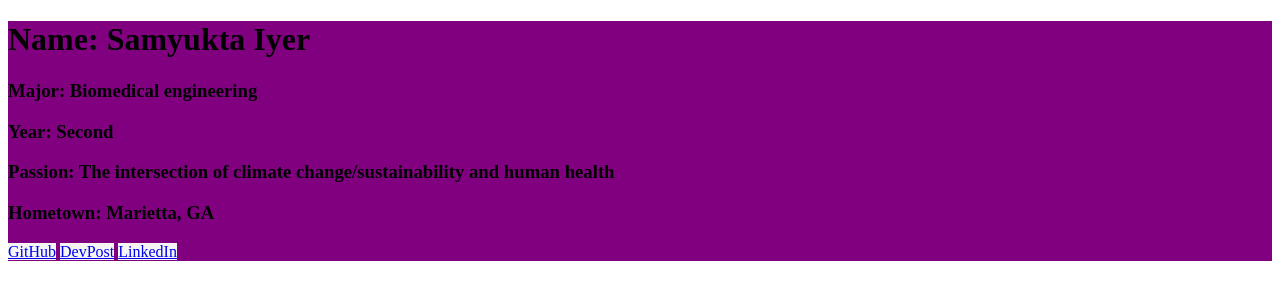
Repository: samyukta-iyer/fall23-dev-bootcamp-assessment
Page: index.html
These files come from the project's save history. The page is drawn as it stood at one moment and after the next save; the edit follows.
The browser window is 1280 px wide. The pictures show the whole page.

Above is the page before, as saved 2023-08-29 21:01:09.

### index.html
<!DOCTYPE html>

<html>
    <head>
        <link rel="stylesheet" href="styles.css">
    </head>

    <div class = "card">
        <h1> Name: Samyukta Iyer </h1>
        <h3> Major: Biomedical engineering </h3>
        <h3> Year: Second </h3>
        <h3> Passion: The intersection of climate change/sustainability and human health </h3>
        <h3> Hometown: Marietta, GA </h3>

        <a href="https://github.com/samyukta-iyer" class="button">GitHub</a>
        <a href="https://devpost.com/samyuktasainath" class="button">DevPost</a>
        <a href="https://www.linkedin.com/in/samyuktasainath/" class="button">LinkedIn</a>
    </div>

    <!-- Your HTML Here -->
</html>

### styles.css
/* Your Styles Here */
.card{
    background-color: purple;

}

.button {
    background-color: whitesmoke;
    border-radius: 20;
}
/* body{
} */

After the next save:
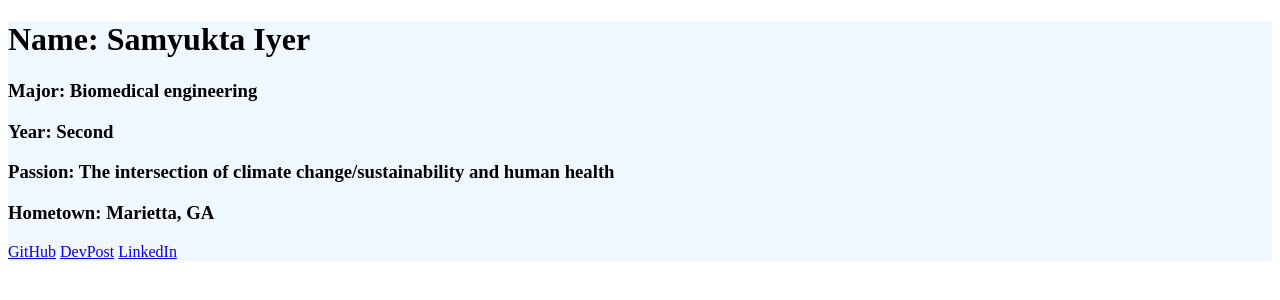
Saved 49 s later.
--- a/styles.css
+++ b/styles.css
@@ -1,6 +1,6 @@
 /* Your Styles Here */
 .card{
-    background-color: purple;
+    background-color: aliceblue;
 
 }
 
